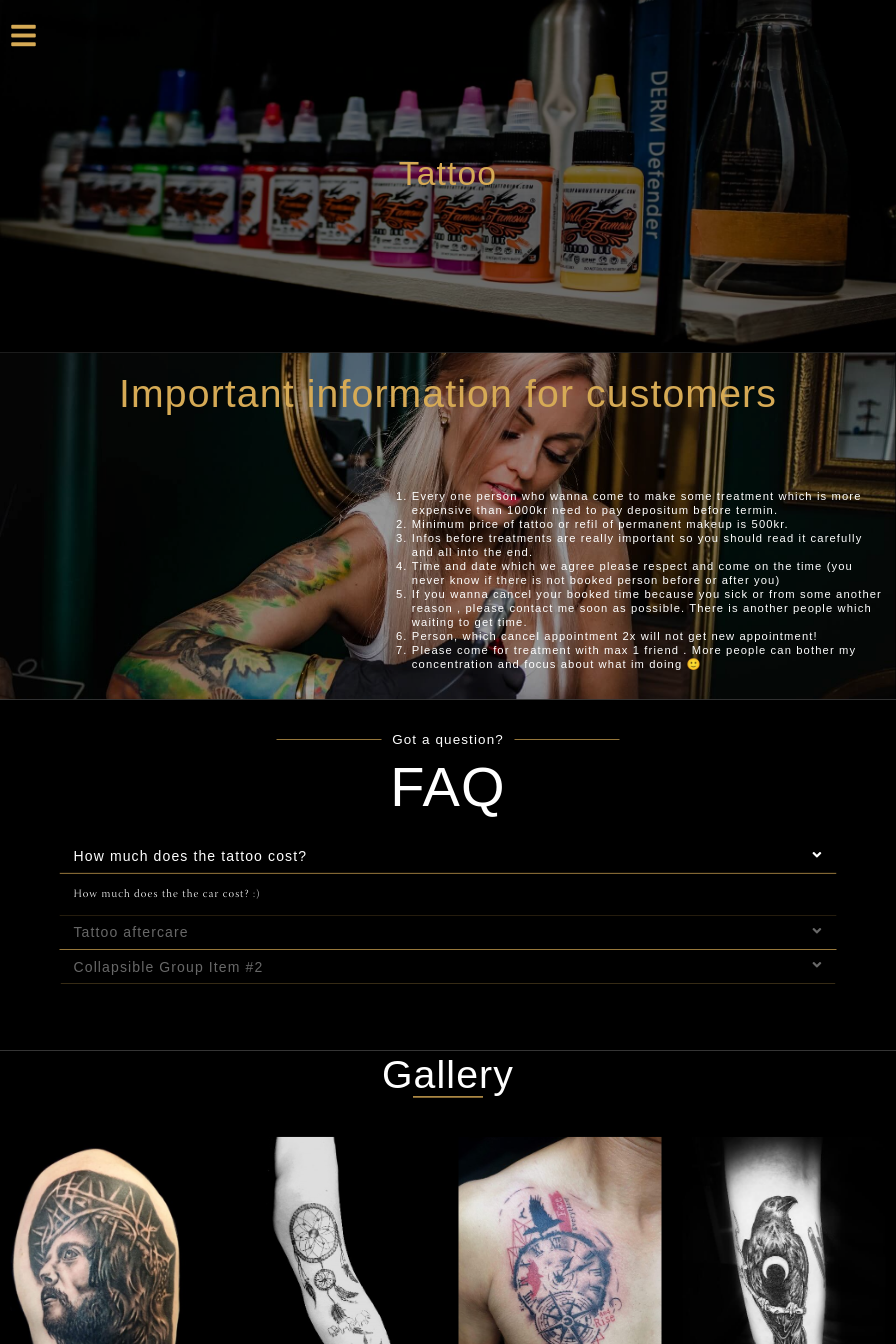
Repository: Spreceriany/TattooWeb
Page: tattoo-en.html
These files come from the project's save history. The page is drawn as it stood at one moment and after the next save; the edit follows.
The browser window is 1280 px wide. The pictures show the part of the page from y = 0 to 1920 px (the page is 3272 px tall before and 3240 px after), at 70% of full size.
Backgrounds fixed to the window are drawn as part of the page. Some web fonts or font styles are not loaded; a fallback is used. Some web libraries are served in a nearby version.

Above is the page before, as saved 2020-04-23 18:58:26.
Console error: TypeError: Cannot read properties of null (reading 'addEventListener')

After the next save:
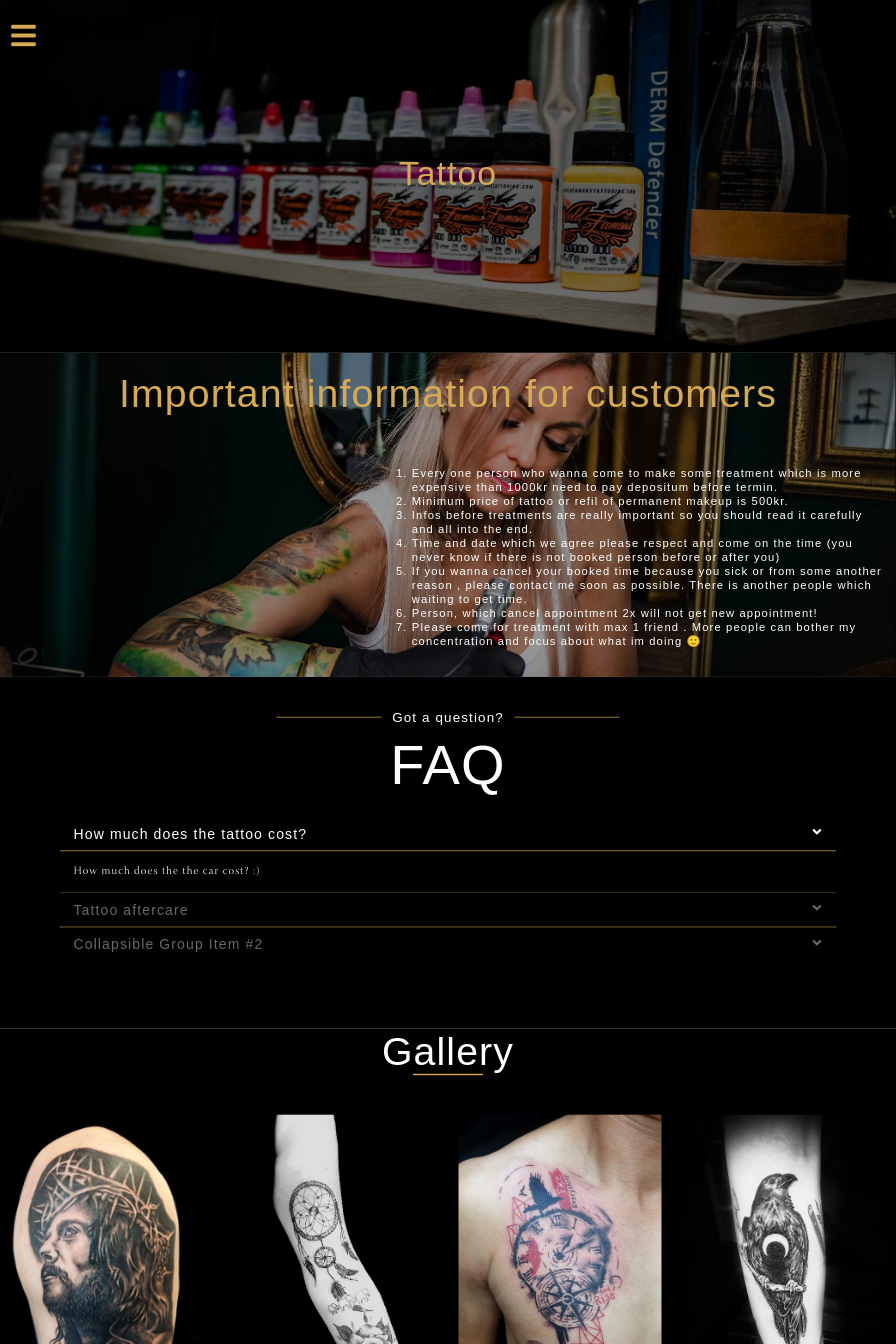
Saved 11 s later.
--- a/tattoo-en.html
+++ b/tattoo-en.html
@@ -76,7 +76,7 @@
   <div class="container-fluid tattoo-uvod py-4">
     <h2 class="gold  text-center display-4 ">Important information for customers</h2>
     <div class="row pt-5">
-      <div class=" offset-5 col-7 pt-5 ">
+      <div class=" offset-5 col-7 pt-3">
 
           <ol class="text-white">
             <li>Every one person who wanna come to make some treatment which is more expensive than 1000kr need to pay depositum before termin. </li>
